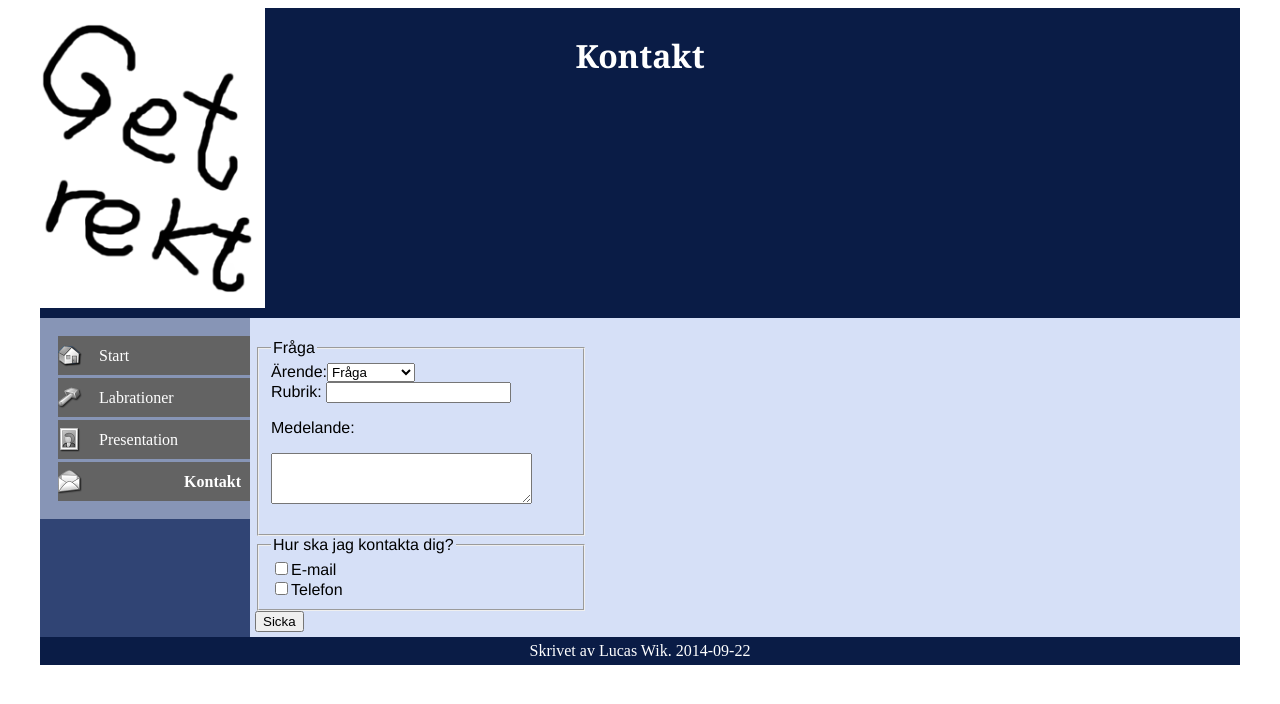
Repository: lw222gz/1ik415-laborationer
Page: Pages/kontakt.html
The author's editor kept a record of every edit. The page is drawn from the files as they stood at one moment, then again after the next edit.
The browser window is 1280 px wide. The pictures show the whole page.

Above is the page before.

### Pages/kontakt.html
<!doctype html>
<html lang="sv">
    <head>
        <meta charset="utf-8" />
        <link rel="stylesheet" media="print" href="../Css/print.css" />

        <link rel="stylesheet" href="../Css/Style.css" />
        <link rel="stylesheet" media="only screen and (max-device-width: 480px)" href="../Css/Phone.css" />
        <title>kontakt</title>
    </head>
<body>
<div id="container">
<div id="header">
<h1>Kontakt</h1>
</div>

<div id="navigator">
    <ul>
        <li><a id="Start-icon" href="../index.html">Start</a></li>
        <li><a id="Labrationer-icon" href="labrationer.html">Labrationer</a></li>
        <li><a id="Presentation-icon" href="presentation.html">Presentation</a></li>
        <li class="active"><a id="Kontakt-icon" href="kontakt.html">Kontakt</a></li>
    </ul>
</div>

<div id="content">
<p></p>
<form action="http://voyager.lnu.se/tekinet/kurser/dtt/wp_webbintro/form.php" method="post">
    <fieldset>
    <legend>Fråga</legend>
    Ärende:<select name="Ärende">
        <option value="Fråga">Fråga</option>
        <option value="Medelande">Medelande</option>
        <option value="Möte">Möte</option>
        <option value="Övrigt">Övrigt</option>
</select><br />
    Rubrik: <input type="text" name="Rubrik" />
    <p>Medelande:</p><p><textarea name="textarea" rows="3" cols="30"></textarea></p>

    </fieldset>
    <fieldset>
    <legend>Hur ska jag kontakta dig?</legend>
    <input type="checkbox" name="E-mail" value="mail">E-mail<br />
    <input type="checkbox" name="Telefon" value="Telefon">Telefon
    </fieldset>
    <input type="submit" value="Sicka"/>

</form>
</div>
<div id="footer">
    Skrivet av Lucas Wik. 2014-09-22
</div>
</div>

</body>
</html>

### Css/Style.css
#header {
        background-color:#0A1C46;
        color:white;
        height:300px;
        text-align:center;
        padding:5px;
        font-family:georgia;

        background-image:url(Pics/get%20rekt.png);
        background-position:top left;
        background-repeat: no-repeat;
        background-size:225px 300px;
        }

#navigator
        {

        float:left;
        width:200px;
        height:auto;
        background-color:#8795B6;
        color:black;
        padding:5px;
        }

#navigator a
        {
        text-indent:30px;
        background-image:url(Pics/sprite.png);
        background-repeat:no-repeat;
        }

#container
        {
        width:1200px;
        background-color:#304474;
        margin:0 auto;
        }

#content
        {
        float:right;
        margin:0px;
        width:980px;
        text-align:left;
        background-color:#D6E0F7;
        padding:5px;
        font-family: helvetica;
        }

#footer
        {
        clear:both;
        text-align:center;
        background-color:#0A1C46;
        color:white;
        padding:5px;
        }

#horizontal
        {
        height:1px;
        width:100%;
        margin-top:5px;
        margin-bottom:5px;
        background-color:#3D3D56;
        }


#navigator ul
        {
                margin:5px;
                padding:5px;
                width:200px;
                list-style-type:none;
        }

#navigator ul li a
        {
                text-decoration:none;
                color:white;
                margin:3px;
                padding:10.5px 11px;
                background-color:#636363;
                display:block;
        }

#navigator ul li a:visited
        {
                color:#0944CA;
        }

#navigator ul li a:hover, navigator ul li .current
        {
                 color:white;
                 background-color:#1C1D1F;
        }

#Start-icon { background-position:0 -40px; }

#Start-icon:hover { background-position:0 8px; }

#Labrationer-icon { background-position:0px -136px; }

#Labrationer-icon:hover { background-position:0px -88px; }

#Presentation-icon { background-position:0px -232px; }

#Presentation-icon:hover { background-position:0px -184px; }

#Kontakt-icon { background-position:0px -328px; }

#Kontakt-icon:hover { background-position:0px -280px; }


.active
{
     font-weight:bold;
     text-align:right;
}

.bild
{
        background-image:url(Pics/kugghjul.png);
        background-repeat: no-repeat;
        background-position:top left;
        background-size:25px 25px;
        text-indent:40px;
}

.right { float:right; }

h2
{
        font-style:italic;
        text-decoration:underline;
}

h3 { font-style:oblique; }

fieldset { width:300px; }

### Css/print.css
@media print {

    #navigator, #footer { display:none; }

    video { display:none; }

    a:link:after, a:visited:after { content:" [" attr(href) "] "; }
    a:link { font-weight: bold; text-decoration: underline; color: #06c; }

    body
    {
    background: white;
    line-height: 1.2;
    word-spacing: 1px;
    }

    #content { background: transparent; }

    .right
    {
        position:relative;
        top:500px;
        right: 150px;
    }

     .notshow { display:none; }
}

Loaded but not shown: Css/Phone.css (no copy from this time; the picture is the same without it)

After the next edit:
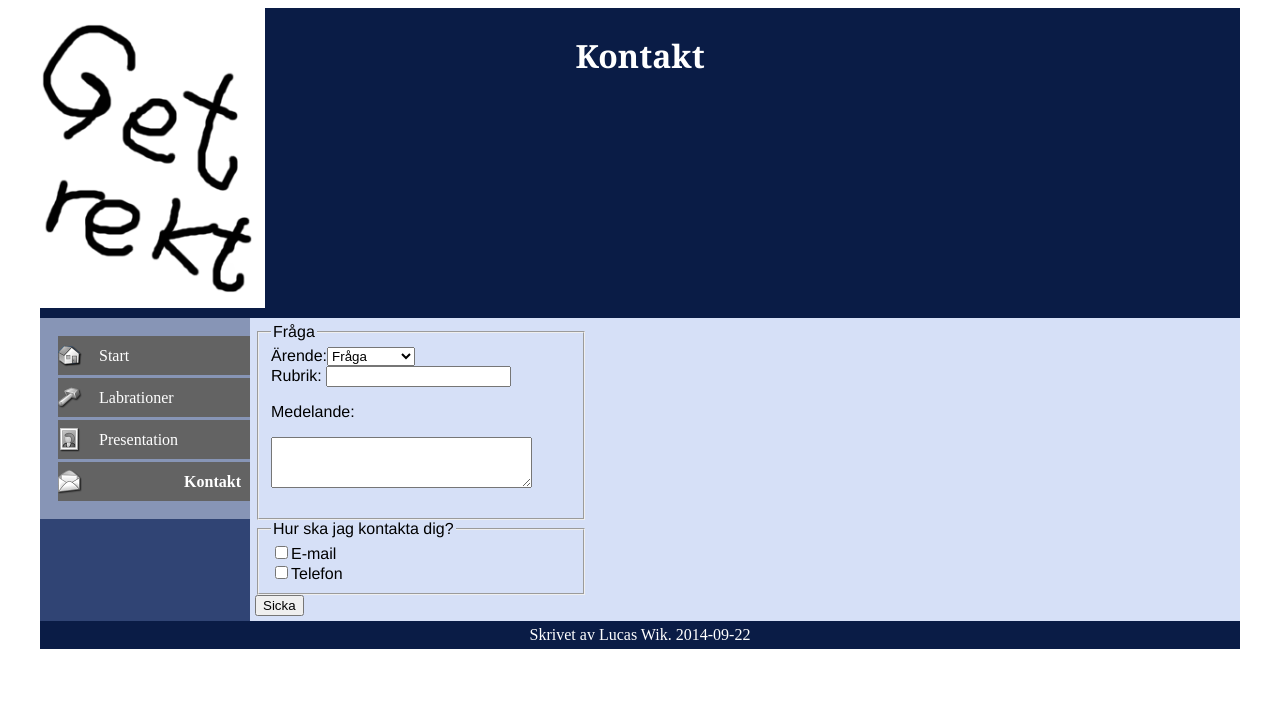
The edit:
--- a/Pages/kontakt.html
+++ b/Pages/kontakt.html
@@ -24,7 +24,7 @@
 </div>
 
 <div id="content">
-<p></p>
+
 <form action="http://voyager.lnu.se/tekinet/kurser/dtt/wp_webbintro/form.php" method="post">
     <fieldset>
     <legend>Fråga</legend>
